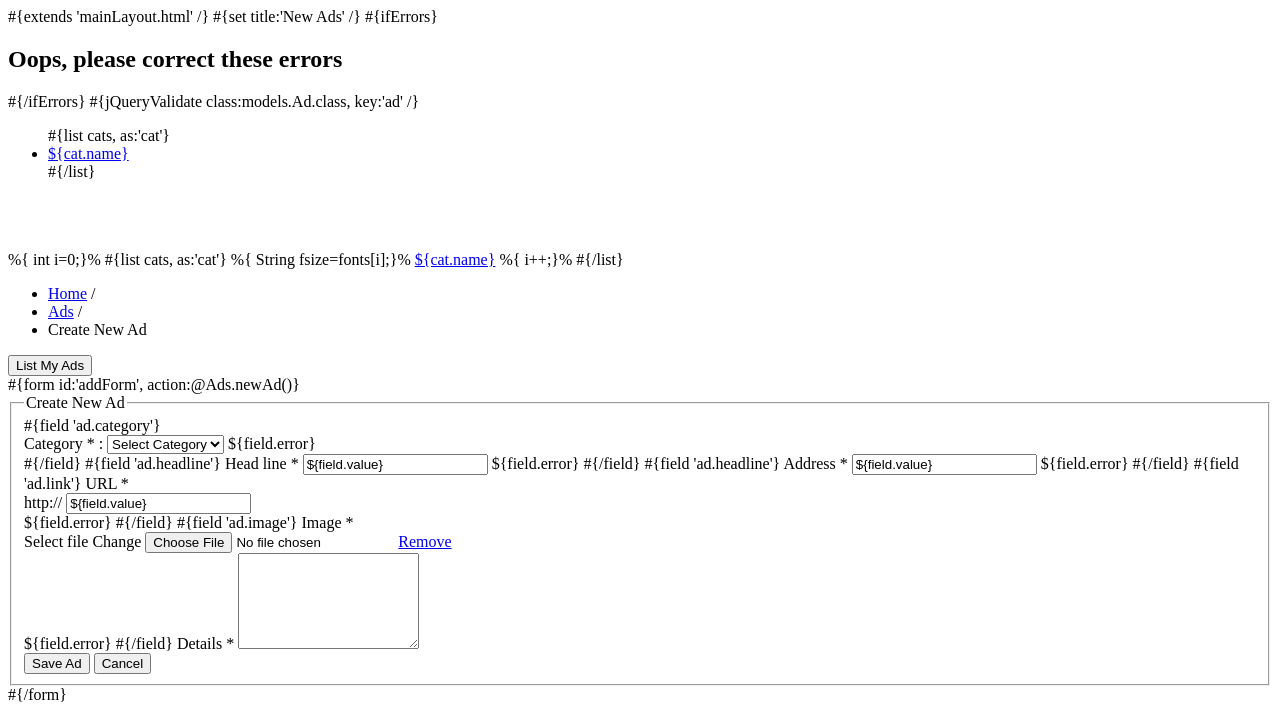
Repository: Maalejm/SEBA
Page: SlifeWebSite/app/views/Ads/newAd.html
An editor plug-in stored every save of this project. The page is shown before and after the next save, followed by the edit.
The browser window is 1280 px wide. The pictures show the whole page.

Above is the page before, as saved 2013-06-18 06:23:15.

### SlifeWebSite/app/views/Ads/newAd.html
#{extends 'mainLayout.html' /}
#{set title:'New Ads' /}

#{ifErrors}
<div class="error">
    <h2>Oops, please correct these errors</h2>
</div>
#{/ifErrors}
#{jQueryValidate class:models.Ad.class, key:'ad' /}

 <div class="container-fluid">
            <div class="row-fluid">
                <div class="span2">

                    <ul class="nav nav-list">
                        #{list cats, as:'cat'}
                         <li
                         %{ if(cat.id==1) { }%
                          class="active"
                         %{ } }%
                         ><a class="catNav" href="${cat.id}">${cat.name}</a></li>
                        #{/list}

                    </ul>

                    <div>
                    <br/>
                    <br/>
                    <br/>

                    %{ int i=0;}%
                    #{list cats, as:'cat'}
                       %{ String fsize=fonts[i];}%
                       <span style="font-size:${fsize}px;"><a class="catNav" href="${cat.id}">${cat.name}</a></span>
                      %{ i++;}%
                    #{/list}
                    </div>
                    <!--Sidebar content-->
                </div>
                <div class="span10">
                    <ul class="breadcrumb">
                        <li><a href="#">Home</a> <span class="divider">/</span></li>
                        <li><a href="#">Ads</a> <span class="divider">/</span></li>
                        <li class="active">Create New Ad</li>
                    </ul>

                    <div class="btn-group">
                        <button class="btn">List My Ads</button>
                    </div>




                    #{form id:'addForm', action:@Ads.newAd()}
                        <fieldset>
                            <legend>Create New Ad</legend>


                             #{field 'ad.category'}
        						<div class="field">
            					<label for="${field.id}">Category * : </label>
            					<select id="${field.id}"  name="${field.name}" class="span5 ${field.errorClass}" >
                                <option value="0">Select Category</option>
                                #{list cats, as:'cat'}
                                <option value="${cat.id}">${cat.name}</option>
                    		    #{/list}
                          	  </select>
                           		 <span class="error">${field.error}</span>
						 	 </div>
      					   #{/field}
							#{field 'ad.headline'}
                            <label for="${field.id}" >Head line *</label>
                             <input id="${field.id}" value="${field.value}"  name="${field.name}" class="span5 ${field.errorClass}" type="text" class="span5" placeholder="Descripe your ad">
                             <span class="error">${field.error}</span>
                            #{/field}
                            #{field 'ad.headline'}
                            <label for="${field.id}" >Address *</label>
                             <input id="${field.id}" value="${field.value}"  name="${field.name}" class="span5 ${field.errorClass}" type="text" class="span5" placeholder="Type an address here">
                             <span class="error">${field.error}</span>
                            #{/field}

                            #{field 'ad.link'}
                            <label for="${field.id}" >URL *</label>
                             <div class=" input-prepend">
                                    <span class="add-on">http://</span>
                             <input id="${field.id}" value="${field.value}"  name="${field.name}" class="input_text ${field.errorClass}" type="text" class="span5" placeholder="Type an address here">
                             </div>
                             <span class="error">${field.error}</span>
                            #{/field}


                            #{field 'ad.image'}
                            <label for="${field.id}" >Image *</label>

                              <div class="fileupload fileupload-new" data-provides="fileupload">
  								<div class="input-append">
   								 <div class="uneditable-input span3"><i class="icon-file fileupload-exists">
   								 </i> <span class="fileupload-preview"></span></div><span class="btn btn-file">
   								 <span class="fileupload-new">Select file</span>
   								 <span class="fileupload-exists">Change</span>
   								 <input type="file" id="${field.id}" value="${field.value}"  name="${field.name}" class="${field.errorClass}" /></span><a href="#" class="btn fileupload-exists" data-dismiss="fileupload">Remove</a>
  								</div>

							</div>

                             <span class="error">${field.error}</span>
                            #{/field}

                            <label>Details *</label>
                                <textarea rows="6" class="input_textarea"></textarea>
                                  <br/>



                                  <div class="form-actions">
                                      <button type="submit" class="btn btn-primary">Save Ad</button>
                                      <button type="button" class="btn">Cancel</button>
                                  </div>
                        </fieldset>
                    #{/form}



                    <!--Body content-->
                </div>
            </div>
        </div>

After the next save:
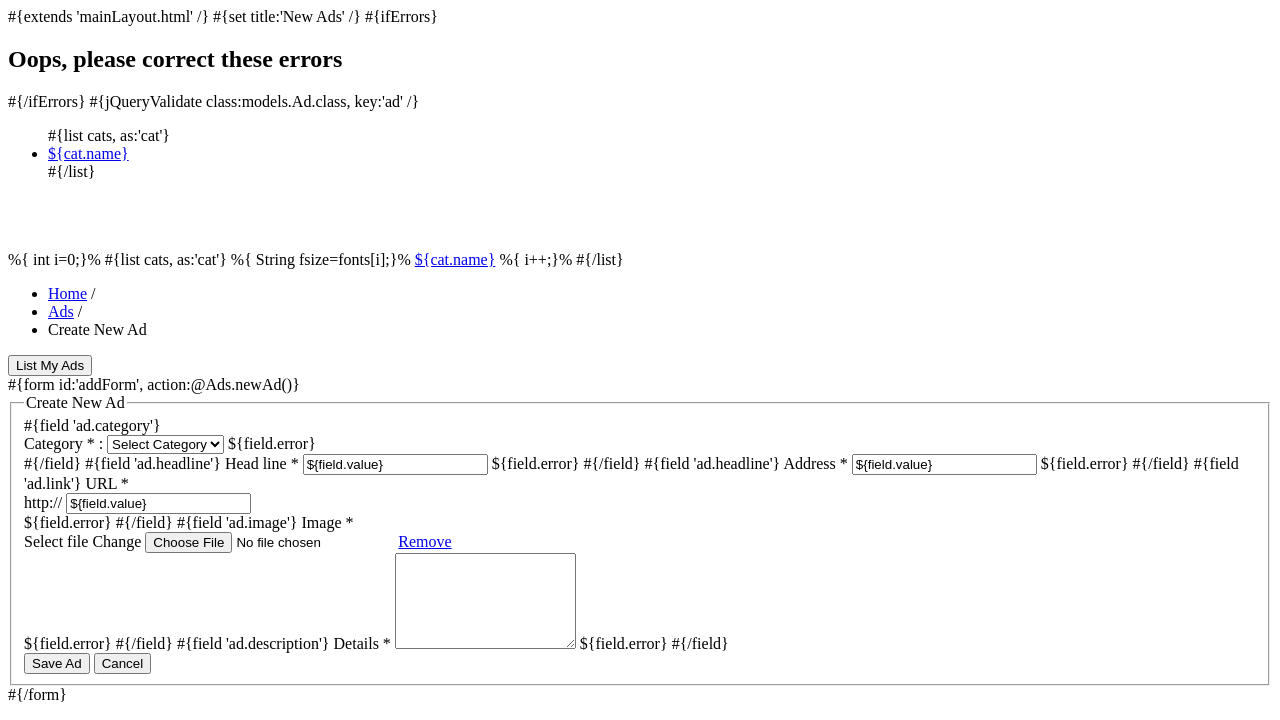
Saved 10 min 48 s later.
--- a/SlifeWebSite/app/views/Ads/newAd.html
+++ b/SlifeWebSite/app/views/Ads/newAd.html
@@ -106,8 +106,13 @@
                              <span class="error">${field.error}</span>
                             #{/field}
 
-                            <label>Details *</label>
-                                <textarea rows="6" class="input_textarea"></textarea>
+
+                             #{field 'ad.description'}
+                            <label for="${field.id}" >Details *</label>
+                                <textarea rows="6"  id="${field.id}" value="${field.value}"  name="${field.name}" class="input_textarea ${field.errorClass}"></textarea>
+                              <span class="error">${field.error}</span>
+                            #{/field}
+
                                   <br/>
 
 
